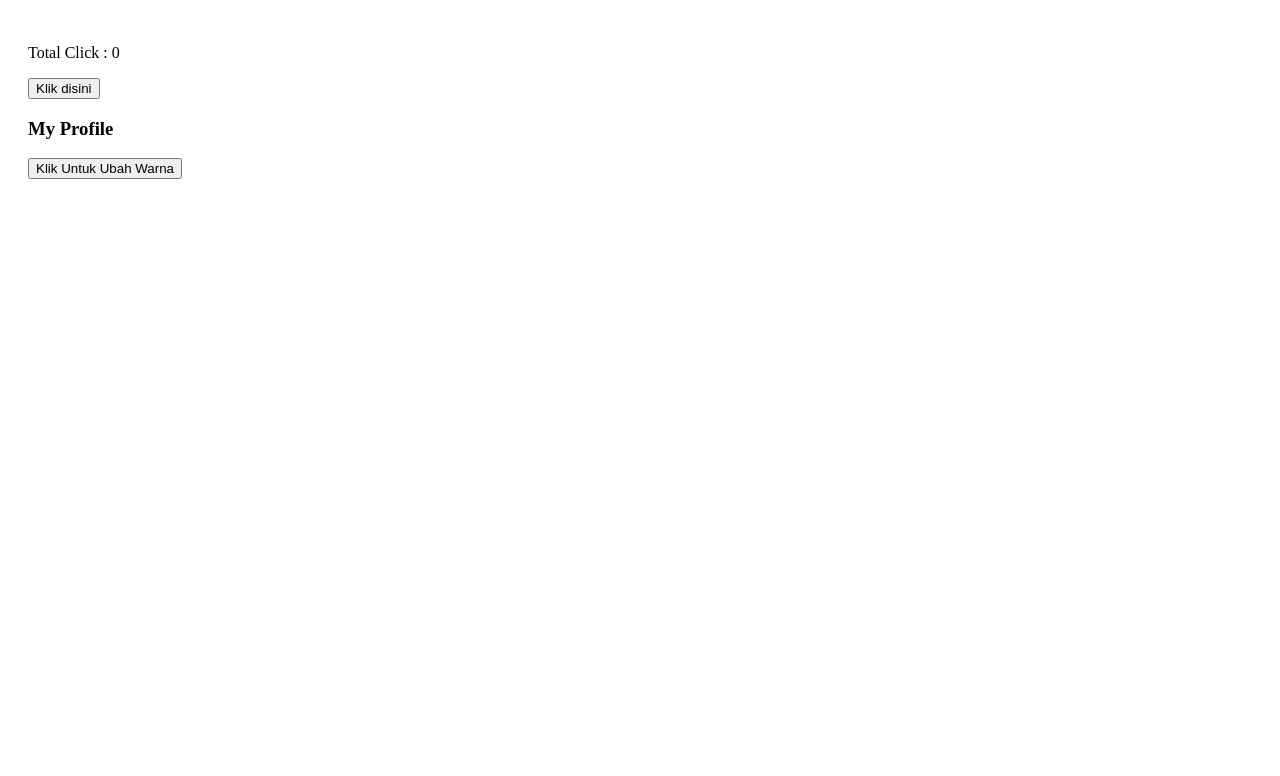
Repository: sellayspy/tugasCoachingProcom
Page: /
The author's editor kept a copy of each file at every save. The page is drawn from the files as they stood at one save, then again after the next save.
The browser window is 1280 px wide. The pictures show the whole page.
The project was rebuilt for these pictures with package versions that can differ from the ones it lists, and the page was loaded fresh each time. Also part of the build but not shown: vite.config.js, src/index.css, src/App.css.

Above is the page before, as saved 2024-11-23 15:37:13.

After the next save:
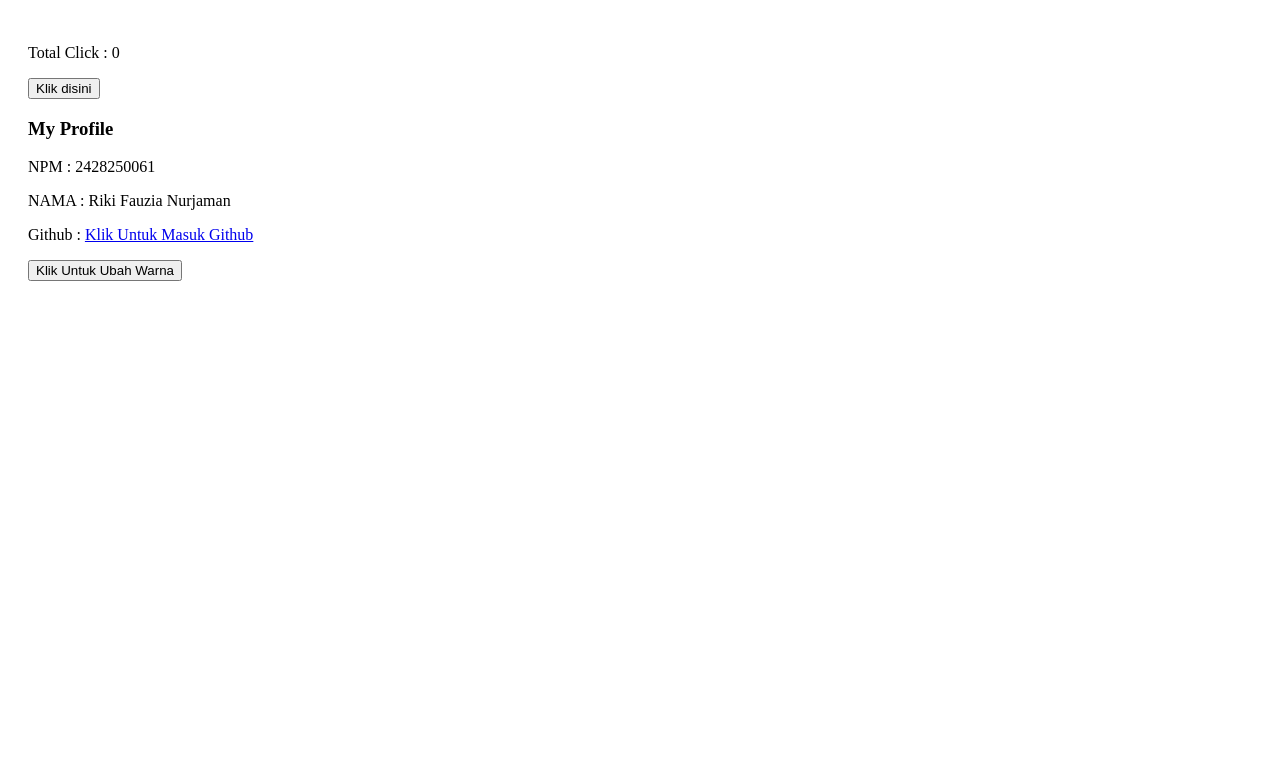
Saved 52 s later.
--- a/src/App.jsx
+++ b/src/App.jsx
@@ -2,6 +2,7 @@ import { useState } from "react";
 import "./App.css";
 import Counter from "./components/Counter";
 import Header from "./components/Header";
+import MyProfile from "./components/MyProfile";
 
 function App() {
   const [color, setColor] = useState("#ffffff");
@@ -20,6 +21,11 @@ function App() {
       >
         <Counter />
         <Header title="My Profile" />
+        <MyProfile
+          npm="2428250061"
+          nama="Riki Fauzia Nurjaman"
+          github="https://github.com/sellayspy"
+        />
 
         <button onClick={randomBackground}>Klik Untuk Ubah Warna</button>
       </div>
